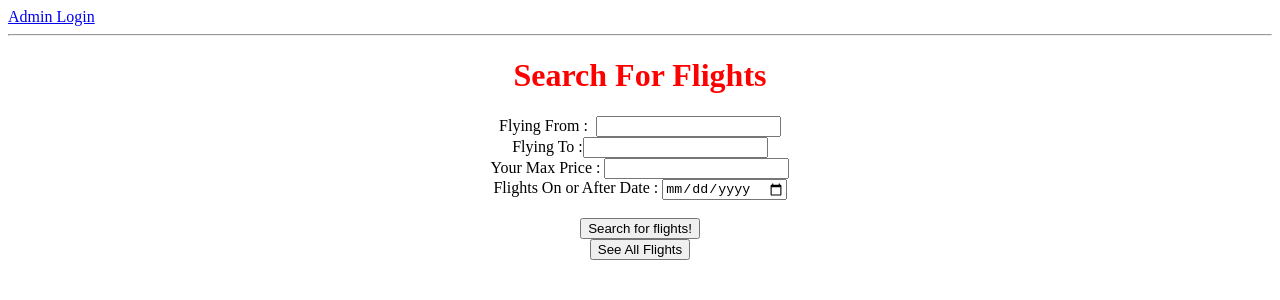
Repository: tuskhillare/FlyAway-1.0-
Page: http://localhost/FlyAway/
An editor plug-in stored every save of this project. The page is shown before and after the next save, followed by the edit.
The browser window is 1280 px wide. The pictures show the whole page.
The page is served by Tomcat 9. Other server files are loaded and not shown.

Above is the page before, as saved 2021-10-01 13:28:01.

### Source Code/FlyAway/src/main/webapp/index.jsp
<!DOCTYPE html>
<html>
<head>
<style type="text/css">
h1{color:red;}
</style>
<meta charset="UTF-8">
<title>Welcome To Fly Away Ticket Booking Portal</title>
</head>
<body>
	<a href="Login.jsp">Admin Login</a>
	<hr>
	<center>
	<h1>Search For Flights</h1>
	<form name="searchForFlights" method="GET" action="SearchFlights">
		Flying From : &nbsp;<input type="text" name="source" > <br/>
		Flying To :<input type="text" name="destination" > <br/>
		Your Max Price : <input type="number" name="price"> <br/>
		Flights On or After Date : <input type="date" name="date"> <br/>
		<br/>
		<input type="submit" value="Search for flights!">
	</form>
	<form name ="seeAllFlights" method="GET" action="SeeAllFlights">
		<input type="submit" value="See All Flights">
	</form>
	</center>
</body>
</html>

After the next save:
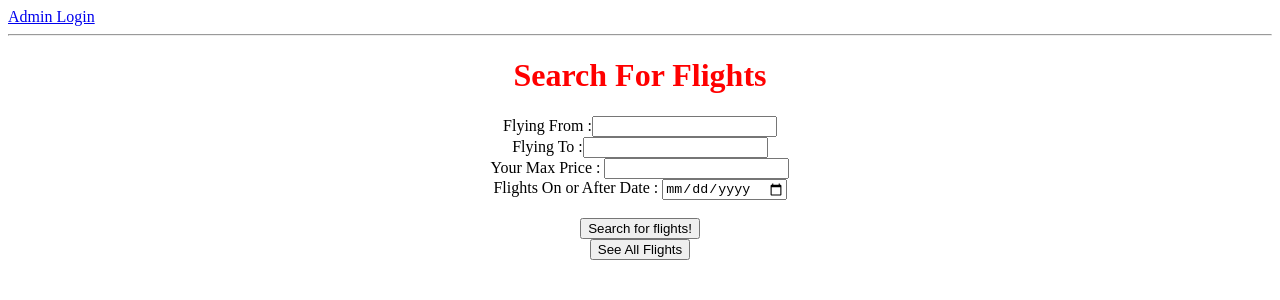
Saved 96 s later.
--- a/Source Code/FlyAway/src/main/webapp/index.jsp
+++ b/Source Code/FlyAway/src/main/webapp/index.jsp
@@ -13,7 +13,7 @@ h1{color:red;}
 	<center>
 	<h1>Search For Flights</h1>
 	<form name="searchForFlights" method="GET" action="SearchFlights">
-		Flying From : &nbsp;<input type="text" name="source" > <br/>
+		Flying From :<input type="text" name="source" > <br/>
 		Flying To :<input type="text" name="destination" > <br/>
 		Your Max Price : <input type="number" name="price"> <br/>
 		Flights On or After Date : <input type="date" name="date"> <br/>
